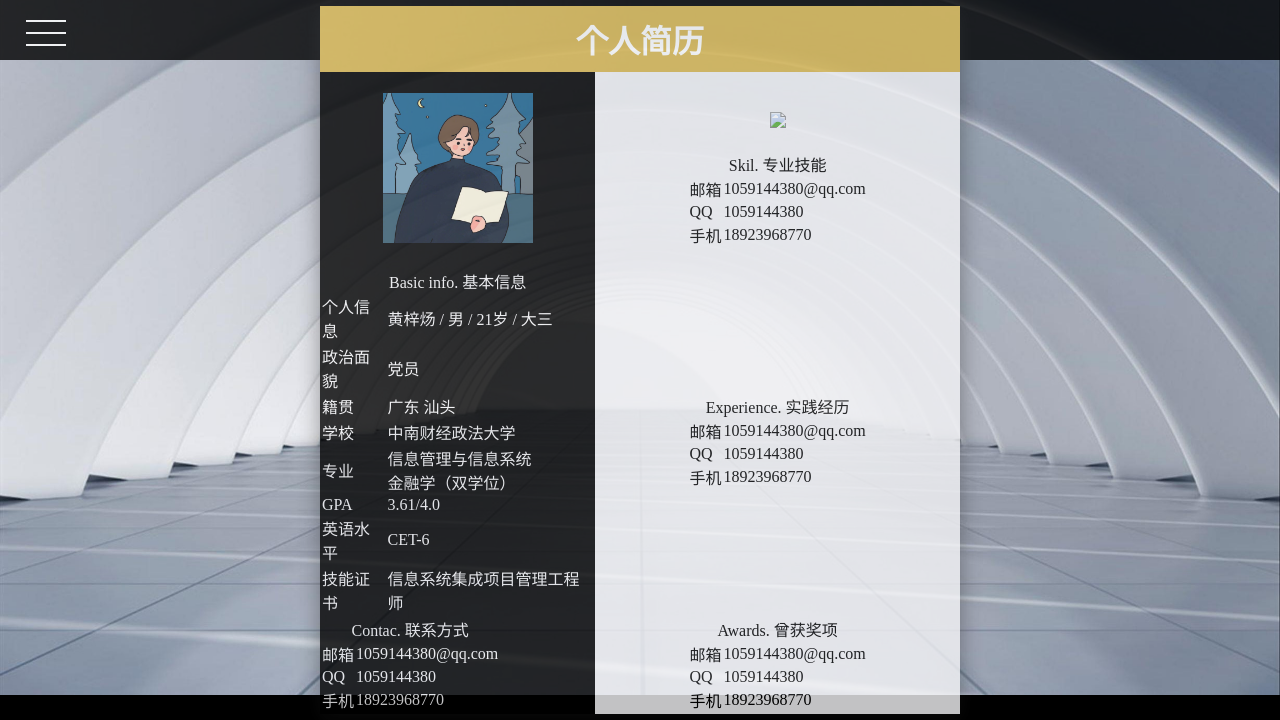
Repository: ustc-hzy/ziYang
Page: resume.html
An editor plug-in stored every save of this project. The page is shown before and after the next save, followed by the edit.
The browser window is 1280 px wide. The pictures show the whole page.

Above is the page before, as saved 2020-06-18 16:58:10.
Not found: img/label.svg

### resume.html
<!DOCTYPE html>
<html lang="en">
<head>
    <meta charset="UTF-8">
    <meta name="viewport" content="width=device-width, initial-scale=1.0">
    <link rel="stylesheet" href="css/style.css" type="text/css">
    <link rel="stylesheet" href="css/resume.css" type="text/css">
    <title>个人简历</title>
</head>
<body>
    <header>
        <!-- 主体内容 -->
        <div class="inner">
            <!-- 用于控制菜单栏开关 -->
            <input type="checkbox" id="ham">
            <!-- 菜单栏icon -->
            <label for="ham">
                <div class="hamburger-container">
                    <span></span>
                    <span></span>
                    <span></span>
                </div>
            </label>
            <!-- 菜单栏各项 -->
            <nav>
                <ul>
                    <li><a href="index.html">网站首页</a></li>
                    <li><a href="resume.html">个人简历</a></li>
                    <li><a href="album.html">旅行相册</a></li>
                    <li><a href="asset.html">PS作品集</a></li>
                    <li><a href="episode.html">剧集收藏</a></li>
                </ul>
            </nav>
            <!-- 打开菜单栏的遮罩 -->
            <div class="mask"></div>
        </div>

        <div class="content-container">
            <table>
                <caption class="table-title">个人简历</caption>
                <tr>
                    <td class="left-column" align="center">
                        <img src="img/user.png" width="150px">
                    </td>
                    <td class="right-column" align="center">
                        <table>
                            <caption class="small-table-title"><img src="/img/label.svg" width="50px"> <div>Skil. 专业技能</div></caption>
                            <tr>
                                <td>邮箱</td>
                                <td>1059144380@qq.com</td>
                            </tr>
                            <tr>
                                <td>QQ</td>
                                <td>1059144380</td>
                            </tr>
                            <tr>
                                <td>手机</td>
                                <td>18923968770</td>
                            </tr>
                        </table>
                    </td>
                </tr>
                <tr>
                    <td class="left-column" align="left">
                        <table>
                            <caption class="small-table-title"><div>Basic info. 基本信息</div></caption>
                            <tr>
                                <td>个人信息</td>
                                <td>黄梓炀 / 男 / 21岁 / 大三</td>
                            </tr>
                            <tr>
                                <td>政治面貌</td>
                                <td>党员</td>
                            </tr>
                            <tr>
                                <td>籍贯</td>
                                <td>广东 汕头</td>
                            </tr>
                            <tr>
                                <td>学校</td>
                                <td>中南财经政法大学</td>
                            </tr>
                            <tr>
                                <td>专业</td>
                                <td>
                                    <div>信息管理与信息系统</div>
                                    <div>金融学（双学位）</div>
                                </td>
                            </tr>
                            <tr>
                                <td>GPA</td>
                                <td>3.61/4.0</td>
                            </tr>
                            <tr>
                                <td>英语水平</td>
                                <td>CET-6</td>
                            </tr>
                            <tr>
                                <td>技能证书</td>
                                <td>信息系统集成项目管理工程师</td>
                            </tr>
                        </table>
                    </td>
                    <td class="right-column" align="center">
                        <table class="small-table-title">
                            <caption><div>Experience. 实践经历</div></caption>
                            <tr>
                                <td>邮箱</td>
                                <td>1059144380@qq.com</td>
                            </tr>
                            <tr>
                                <td>QQ</td>
                                <td>1059144380</td>
                            </tr>
                            <tr>
                                <td>手机</td>
                                <td>18923968770</td>
                            </tr>
                        </table>
                    </td>
                </tr>
                <tr>
                    <td class="left-column" align="left">
                        <table>
                            <caption class="small-table-title"><div>Contac. 联系方式</div></caption>
                            <tr>
                                <td>邮箱</td>
                                <td>1059144380@qq.com</td>
                            </tr>
                            <tr>
                                <td>QQ</td>
                                <td>1059144380</td>
                            </tr>
                            <tr>
                                <td>手机</td>
                                <td>18923968770</td>
                            </tr>
                        </table>
                    </td>
                    <td class="right-column" align="center">
                        <table class="small-table-title">
                            <caption><div>Awards. 曾获奖项</div></caption>
                            <tr>
                                <td>邮箱</td>
                                <td>1059144380@qq.com</td>
                            </tr>
                            <tr>
                                <td>QQ</td>
                                <td>1059144380</td>
                            </tr>
                            <tr>
                                <td>手机</td>
                                <td>18923968770</td>
                            </tr>
                        </table>
                    </td>
                </tr>
            </table>
        </div>
    </header>
</body>
</html>

### css/style.css
body {
    height: 100%;
    width: 100%;
    margin: 0 auto;
    padding: 0 0 ;
    background-color: #000000;
    background-image: url(../img/user_bg.jpg);
    background-repeat: no-repeat;
    background-size: cover;
    overflow: auto;
}
header{
    height: 60px;
    background-color: #000000;
    opacity: 0.8;
}
.inner{
    width: 96%;
    margin: auto;
}
#ham{
    display: none;
}
/* 当chexkbox选中时，改变第一条线 */
#ham:checked + label .hamburger-container span:nth-child(1){
    transform: rotate(45deg);
    top: 11px;
    transition: transform .3s ease-in-out, top .3s ease-in-out 3s;
}
/* 当chexkbox选中时，第二条线消失 */
#ham:checked + label .hamburger-container span:nth-child(2){
    opacity: 0;
}
/* 当chexkbox选中时，改变第三条线 */
#ham:checked + label .hamburger-container span:nth-child(3){
    transform: rotate(-45deg);
    top: -11px;
    transition: transform .3s ease-in-out, top .3s ease-in-out 3s;
}
.hamburger-container span:nth-child(2){
    margin-top: 10px;
    transition: opacity .1s ease-in-out .1s;
}
.hamburger-container span:nth-child(3){
    margin-top: 10px;
}
.hamburger-container{
    display: block;
    width: 40px;
    height: 40px;
    position: relative;
    top: 20px;
    z-index: 100;
}
.hamburger-container span{
    display: block;
    height: 2px;
    background-color: #fff;
    position: relative;
    transition: transform .3s ease-in-out, top .3s ease-in-out .3s;
}
nav{
    position: absolute;
    z-index: 100;
    color: #fff;
    top: 50px;
    transform: scaleY(0); /* 垂直方向缩小到0，即关闭 */
    transition: all .3s ease-in-out;
    transform-origin: 50% 0; /* 将中心点移到顶部 */
    opacity: 0; /* 渐入渐出效果 */
}
/* 当chexkbox选中时，展示nav */
#ham:checked ~ nav{
    transform: scaleY(1); /* 垂直方向扩大到1，即打开 */
    opacity: 1;
    transition: all .3s ease-in-out;
}
.mask {
    width: 100vw;
    height: 100vh;
    position: fixed;
    top: 0;
    left: 0;
    background: #000000;
    opacity: 0;
    z-index: 10; /* 防止遮住要显示的部分 */
    transform: scaleY(0);
    transform-origin: 50% 0;
    transition: all .3s ease-in-out;
}
#ham:checked ~ .mask{
    opacity: 1;
    transform: scaleY(1);
    transition: all .3s ease-in-out;
}
ul{
    position: relative;
    right: 40px;
    margin-top: 2em;
    list-style-type:none;
    font-size: 35px;
}
ul li{
    margin-top: 1em;
}
ul li:hover{
    transform: scale(1.2, 1.2); /* transform从元素中心开始变化，不会影响到其他元素 */
    /* background-color:  rgba(255,255,255,0.1);
    padding: 10px 20px; */
}
.name-container{
    position: absolute;
    top: 50%;
    left: 50%;
    transform: translate(-50%,-50%);
    z-index: 1;
    background-color: rgba(0,0,0,0.3); /* 此处使用opacity会让文字也变透明 */
    box-shadow: 0 5px 20px rgba(26,26,26,0.5);
}
.mid-name{
    color: #fff;
    font-size: 50px;
    border: 8px solid #fff;
    padding: 40px;
    text-align: center;
}
.mid-name .id{
    margin-top: 10px;
    font-size: 40px;
}
a{
    text-decoration: none;
    color: #ffffff;
}

### css/resume.css
.content-container{
    position: absolute;
    top: 50%;
    left: 50%;
    transform: translate(-50%,-50%);
    z-index: 1;
    box-shadow: 0 5px 20px rgba(26,26,26,0.5);
}
table{
    border-spacing: 0;
}
.table-title{
    color: #ffffff;
    font-size: 32px;
    font-weight: bold;
    padding: 10px 0 ;
    background-color: #dbba53;
}
.left-column{
    width: 400px;
    background-color: #000000;
    color: #f3f3f5;
}
.right-column{
    width: 600px;
    background-color: #f3f3f5;
}
img{
    margin: 20px 10px;
}

After the next save:
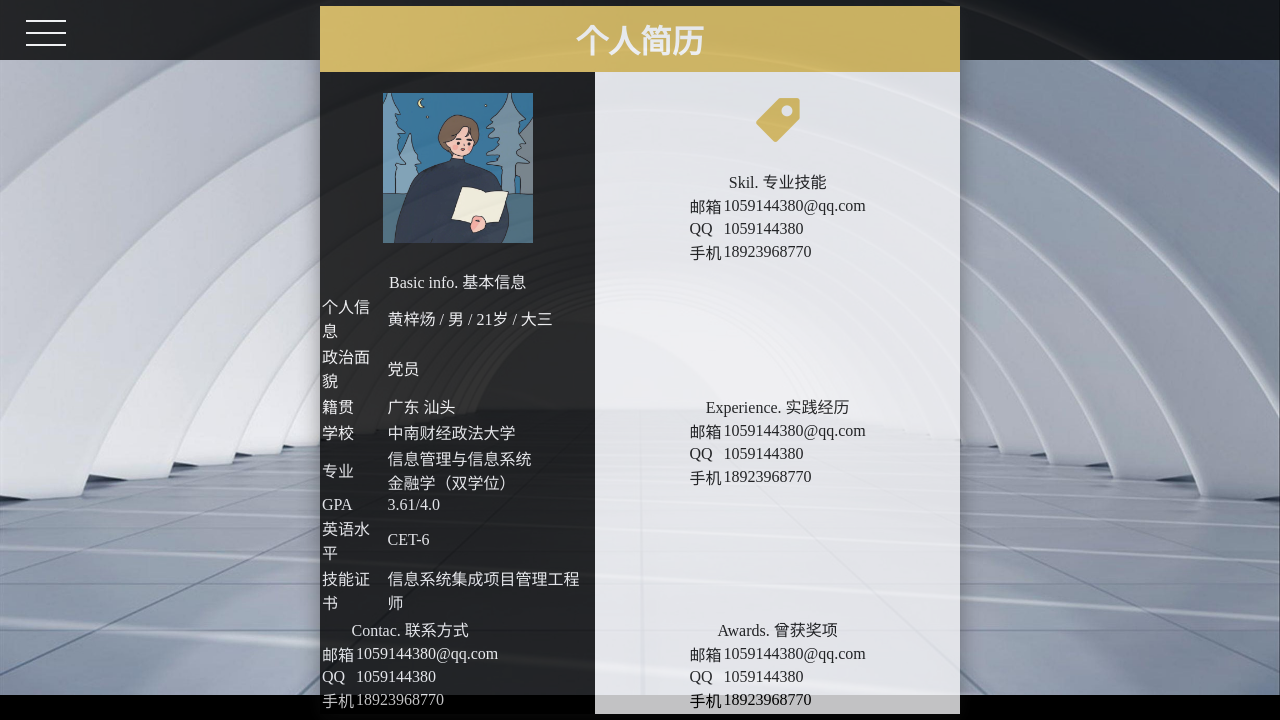
Saved 117 s later.
--- a/resume.html
+++ b/resume.html
@@ -44,7 +44,7 @@
                     </td>
                     <td class="right-column" align="center">
                         <table>
-                            <caption class="small-table-title"><img src="/img/label.svg" width="50px"> <div>Skil. 专业技能</div></caption>
+                            <caption class="small-table-title"><img src="/img/label.png" width="50px"> <div>Skil. 专业技能</div></caption>
                             <tr>
                                 <td>邮箱</td>
                                 <td>1059144380@qq.com</td>
